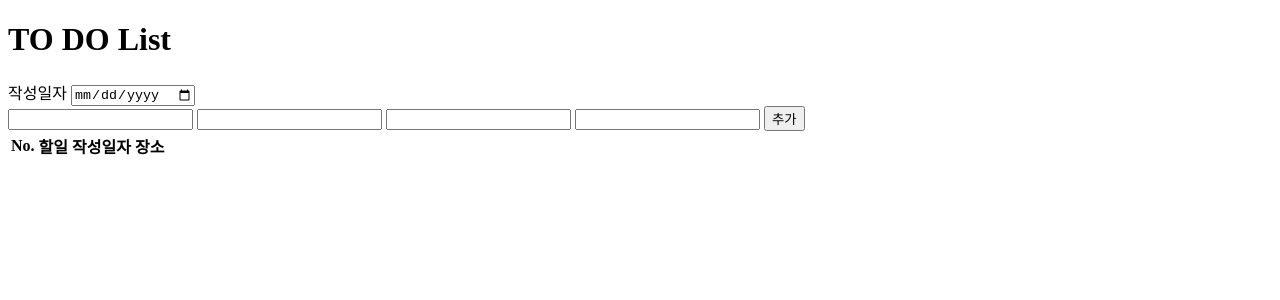
Repository: soyeon-noh/TodoList_Project
Page: http://localhost/Server_PR_TodoList/
An editor plug-in stored every save of this project. The page is shown before and after the next save, followed by the edit.
The browser window is 1280 px wide. The pictures show the whole page.
The page is served by Tomcat 9. Other server files are loaded and not shown. Queries for data that is not in the repository find no rows.

Above is the page before, as saved 2021-05-24 04:05:50.

### Server_PR_TodoList/src/main/webapp/WEB-INF/views/home.jsp
<%@ page language="java" contentType="text/html; charset=UTF-8"
    pageEncoding="UTF-8"%>
<%@ taglib uri="http://java.sun.com/jsp/jstl/core"
			prefix="c"%>
<c:set value="${pageContext.request.contextPath}"
		var="rootPath"/>
<!DOCTYPE html>
<html>
<head>
<meta charset="UTF-8">
<title>Insert title here</title>
</head>
  <body>
    <h1>TO DO List</h1>
    <form>
    	<div>
    		<label for="date">작성일자</label>
    		<input type="date"
    				name="td_date" value="${TD.td_date}">
    	</div>

    	<div>
    		<label for=""
    	</div>

      <input name="date" />
      <input name="time" />
      <input name="todo" />
      <input name="place" />
    <button>추가</button>
    </form>
    <table id="tdlist">
      <tr>
        <th>No.</th>
        <th>할일</th>
        <th>작성일자</th>
        <th>장소</th>
      </tr>
      <c:forEach items="${TDLIST}" var="TD">
        <tr>
          <td>${TD.td_seq}"</td>
          <td>${TD.td_todo}"</td>
          <td>${TD.td_date}"</td>
          <td>${TD.td_place}"</td>
        </tr>
      </c:forEach>
    </table>
  </body>
</html>

### Server_PR_TodoList/src/main/java/com/callor/todo/controller/HomeController.java
package com.callor.todo.controller;

import java.io.IOException;
import java.text.SimpleDateFormat;
import java.util.Date;
import java.util.List;

import javax.servlet.ServletException;
import javax.servlet.annotation.WebServlet;
import javax.servlet.http.HttpServlet;
import javax.servlet.http.HttpServletRequest;
import javax.servlet.http.HttpServletResponse;

import com.callor.todo.model.TodoListVO;
import com.callor.todo.service.TodoService;
import com.callor.todo.service.impl.TodoServiceImplV1;

@WebServlet("/")
public class HomeController extends HttpServlet{

	protected TodoService tdService;
	public HomeController() {
		tdService = new TodoServiceImplV1();
	}
	@Override
	protected void doGet(HttpServletRequest req, HttpServletResponse resp) throws ServletException, IOException {

		List<TodoListVO> tdList = tdService.selectAll();
		req.setAttribute("TDLIST", tdList);
		RequestController.reqController(req, resp, "home");


		TodoListVO tdVO = new TodoListVO();

		// SimpleDateFormat : 날짜 및 시간을 형식화하고 구문 분석하는 메소드 제공
		SimpleDateFormat sd = new SimpleDateFormat("yyyy-MM-dd");
		SimpleDateFormat st = new SimpleDateFormat("HH:mm:ss");

		// 현재시간을 저장
		Date date = new Date(System.currentTimeMillis());

		// 현재 시간을 변환해 VO에 넣어준다
		tdVO.setTd_seq(0L);
		tdVO.setTd_date(sd.format(date));
		tdVO.setTd_time(st.format(date));


	}



}

### Server_PR_TodoList/src/main/java/com/callor/todo/service/impl/TodoServiceImplV1.java
package com.callor.todo.service.impl;

import java.sql.Connection;
import java.sql.PreparedStatement;
import java.sql.ResultSet;
import java.sql.SQLException;
import java.util.ArrayList;
import java.util.List;

import com.callor.todo.config.DbInfo;
import com.callor.todo.config.MySQLConnection;
import com.callor.todo.model.TodoListVO;
import com.callor.todo.service.TodoService;

public class TodoServiceImplV1 implements TodoService{

	// 먼저 db와 연결
	protected Connection dbConn;

	public TodoServiceImplV1() {
		dbConn = MySQLConnection.getDBConnection();
	}


	protected List<TodoListVO> select(PreparedStatement pStr) throws SQLException{
		// TODO DB로부터 데이터를 받아와 List에 저장
		List<TodoListVO> tdList = new ArrayList<TodoListVO>();

		ResultSet rSet = pStr.executeQuery();
		while(rSet.next()) {
			TodoListVO tdVO = new TodoListVO();
			tdVO.setTd_seq(rSet.getLong(DbInfo.td_seq));
			tdVO.setTd_date(rSet.getString(DbInfo.td_date));
			tdVO.setTd_time(rSet.getString(DbInfo.td_time));
			tdVO.setTd_todo(rSet.getString(DbInfo.td_todo));
			tdVO.setTd_place(rSet.getString(DbInfo.td_place));
		}

		// 데이터 확인
		System.out.println("select : " + tdList.toString());
		return tdList;
	}

	@Override
	public List<TodoListVO> selectAll() {
		// TODO List 전체 데이터 조회

		String sql = " SELECT * FROM tbl_todo_list ";
		sql += " ORDER BY td_date DESC, td_time DESC ";

		PreparedStatement pStr = null;

		try {
			pStr = dbConn.prepareStatement(sql);
			List<TodoListVO> tdList = this.select(pStr);
			pStr.close();

			System.out.println(tdList.toString());
			return tdList;
		} catch (SQLException e) {
			// TODO Auto-generated catch block
			e.printStackTrace();
		}
		return null;
	}

	@Override
	public TodoListVO findById(Long seq) {
		// TODO 일련번호로 조회
		return null;
	}

	@Override
	public List<TodoListVO> findByDate(String td_date) {
		// TODO 날짜로 조회
		String sql = " SELECT * FROM tbl_todo_list ";
		sql += " WHERE td_date = ? ";

		PreparedStatement pStr = null;




		return null;
	}

	@Override
	public List<TodoListVO> findByTodo(String td_todo) {
		// TODO 할일내용으로 조회
		return null;
	}

	@Override
	public List<TodoListVO> findByPlace(String td_place) {
		// TODO 장소로 조회
		return null;
	}

	@Override
	public Integer insert(TodoListVO tdVO) {
		// TODO 데이터 추가

		String sql = " INSERT INTO tbl_todo_list ";
		sql += " ( ";
		sql += " td_date ";
		sql += " td_time ";
		sql += " td_todo ";
		sql += " td_place) ";
		sql += " VALUES( ?,?,?,? ) ";

		// SQL 구문을 실행시키는 객체
		PreparedStatement pStr = null;

		try {
			pStr = dbConn.prepareStatement(sql);
			pStr.setString(1, tdVO.getTd_date());
			pStr.setString(2, tdVO.getTd_time());
			pStr.setString(3, tdVO.getTd_todo());
			pStr.setString(4, tdVO.getTd_place());
			return pStr.executeUpdate();

		} catch (SQLException e) {
			// TODO Auto-generated catch block
			e.printStackTrace();
		}
		return null;
	}

	@Override
	public Integer update(TodoListVO tdVO) {
		// TODO 데이터 업데이트
		String sql = " UPDATE tbl_todo_list SET ";
		sql += " td_date = ?, ";
		sql += " td_time = ?, ";
		sql += " td_todo = ?, ";
		sql += " td_place = ? ";

		sql += " WHERE td_seq = ? ";

		PreparedStatement pStr = null;

		try {
			pStr = dbConn.prepareStatement(sql);
			pStr.setString(1, tdVO.getTd_date());
			pStr.setString(2, tdVO.getTd_time());
			pStr.setString(3, tdVO.getTd_todo());
			pStr.setString(4, tdVO.getTd_place());

			pStr.setLong(5, tdVO.getTd_seq());
			return pStr.executeUpdate();

		} catch (SQLException e) {
			// TODO Auto-generated catch block
			e.printStackTrace();
		}

		return null;
	}

	@Override
	public Integer delete(Long seq) {
		// TODO 데이터 삭제

		String sql = " DELETE FROM tbl_todo_list ";
		sql += "WHERE td_seq = ?";

		PreparedStatement pStr = null;

		try {
			pStr = dbConn.prepareStatement(sql);
			pStr.setLong(1, seq);
			return pStr.executeUpdate();

		} catch (SQLException e) {
			// TODO Auto-generated catch block
			e.printStackTrace();
		}
		return null;
	}
}

### Server_PR_TodoList/src/main/java/com/callor/todo/config/MySQLConnection.java
package com.callor.todo.config;

import java.sql.Connection;
import java.sql.DriverManager;
import java.sql.SQLException;

public class MySQLConnection {

	private static Connection dbConn;

	static {

		String jdbcDriver = "com.mysql.cj.jdbc.Driver";
		String url = "jdbc:mysql://localhost:3306/todolist";
		String username = "tdUser";
		String password = "12345";

		try {
			Class.forName(jdbcDriver);
			if(dbConn == null) {
				dbConn = DriverManager.getConnection(url, username, password);
			}
			System.out.println("MySQL 접속 성공!!");
		} catch (ClassNotFoundException e) {
			System.out.println("MySQL Driver 를 찾을 수 없음");
		} catch (SQLException e) {
			System.out.println("MySQL DBMS 연결 실패");
		}
	}

	public static Connection getDBConnection() {
		return dbConn;
	}

}

### Server_PR_TodoList/src/main/java/com/callor/todo/controller/RequestController.java
package com.callor.todo.controller;

import java.io.IOException;

import javax.servlet.ServletException;
import javax.servlet.http.HttpServlet;
import javax.servlet.http.HttpServletRequest;
import javax.servlet.http.HttpServletResponse;

public class RequestController extends HttpServlet{

	public static void reqController (HttpServletRequest req,
			HttpServletResponse resp, String file) throws ServletException, IOException {

		String root = "/WEB-INF/views/" + file + ".jsp";

		req.getRequestDispatcher(root)
		.forward(req, resp);


	}

}

### Server_PR_TodoList/src/main/java/com/callor/todo/model/TodoListVO.java
package com.callor.todo.model;

import lombok.AllArgsConstructor;
import lombok.Getter;
import lombok.NoArgsConstructor;
import lombok.Setter;
import lombok.ToString;

@Getter
@Setter
@ToString
@NoArgsConstructor
@AllArgsConstructor
public class TodoListVO {

	private Long td_seq;	//BIGINT
    private String td_date;	//VARCHAR(20)
    private String td_time;	//VARCHAR(20)
	private String td_todo;	//VARCHAR(200)
    private String td_place;	//VARCHAR(125)
}

After the next save:
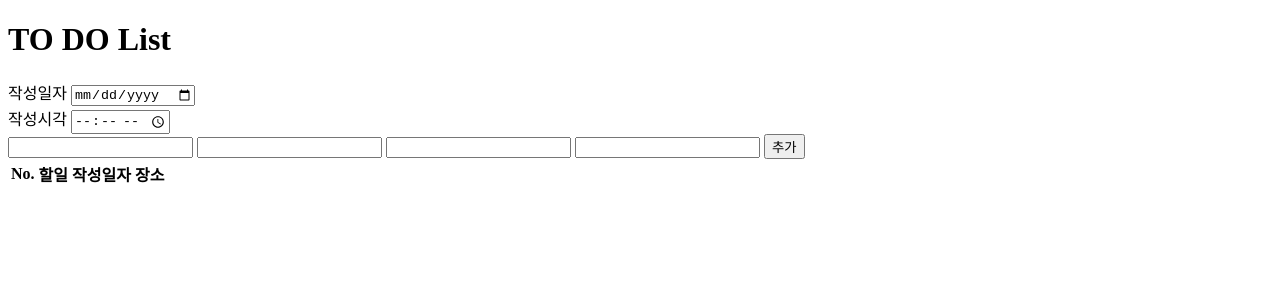
Saved 44 s later.
--- a/Server_PR_TodoList/src/main/webapp/WEB-INF/views/home.jsp
+++ b/Server_PR_TodoList/src/main/webapp/WEB-INF/views/home.jsp
@@ -20,7 +20,9 @@
     	</div>
 
     	<div>
-    		<label for=""
+    		<label for="time">작성시각</label>
+    		<input type="time"
+    				name="td_time" value="${TD.td_time}">
     	</div>
 
       <input name="date" />
